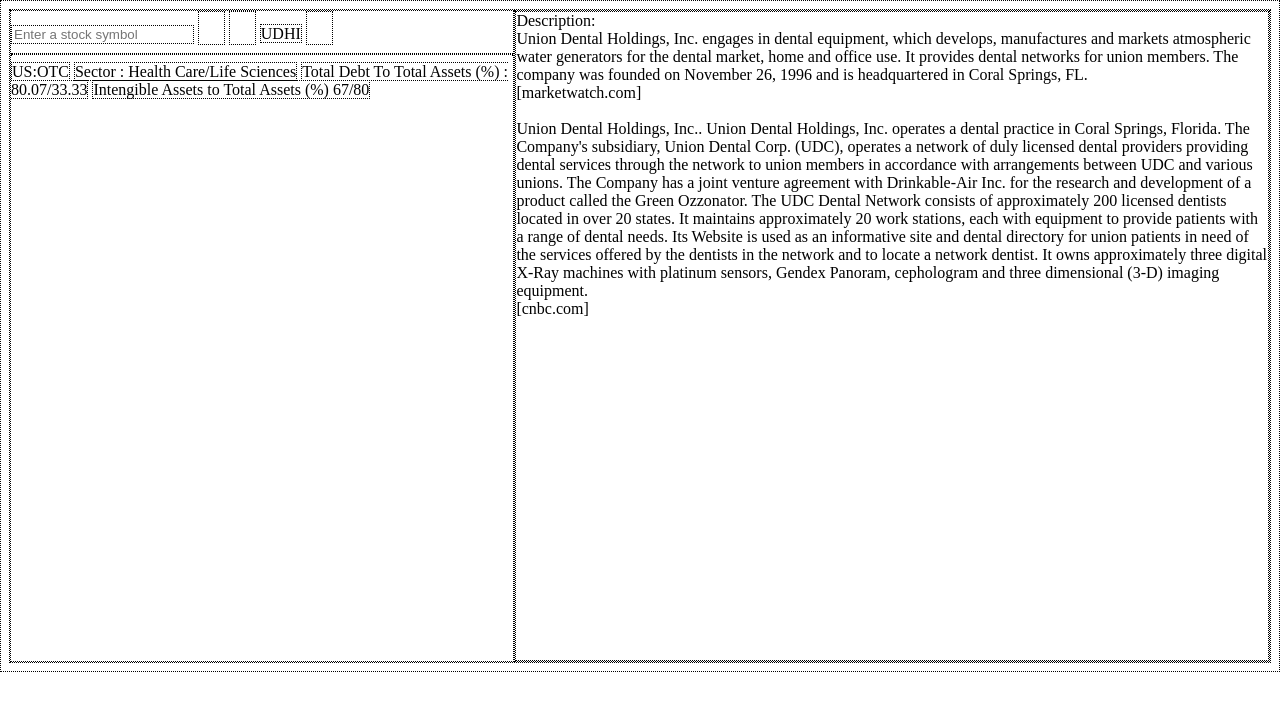
Repository: hadi4172/halal-stock-scanner
Page: popup.html
The author's editor kept a copy of each file at every save. The page is drawn from the files as they stood at one save, then again after the next save.
The browser window is 1280 px wide. The pictures show the whole page.

Above is the page before, as saved 2020-09-24 17:51:37.

After the next save:
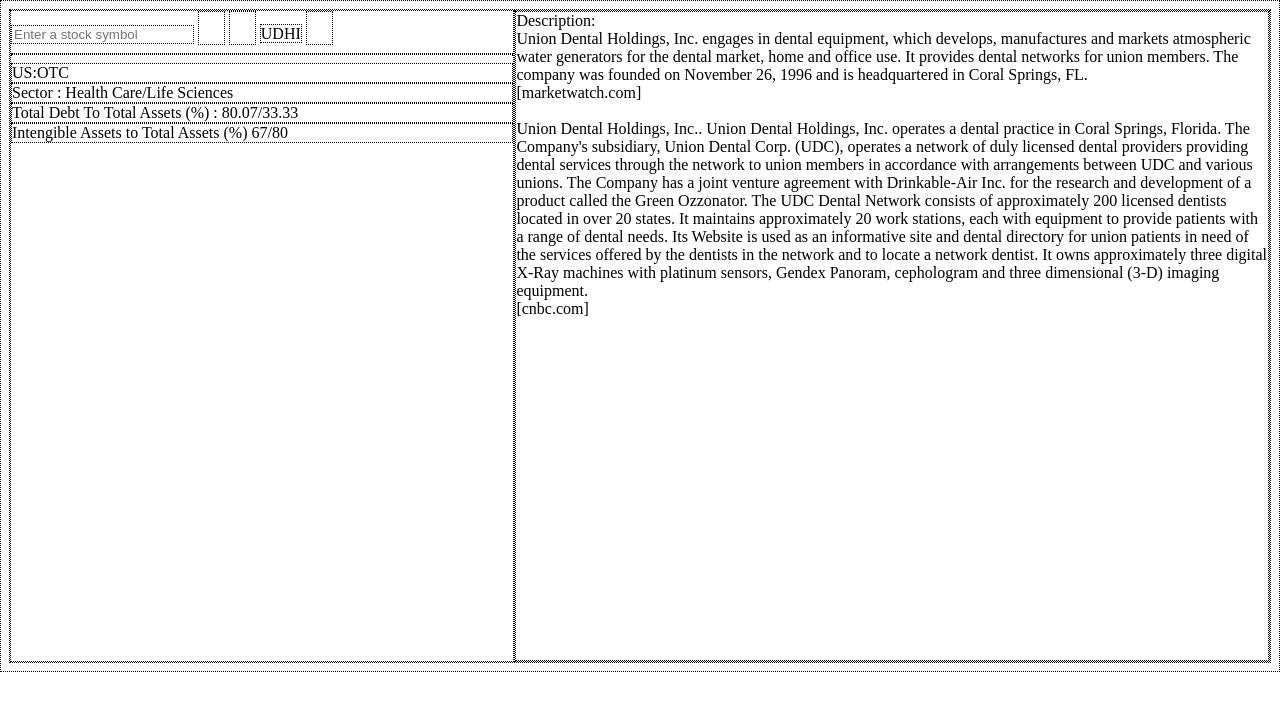
Saved 45 s later.
--- a/popup.html
+++ b/popup.html
@@ -17,10 +17,10 @@
         <span id=symbol>UDHI</span>
         <i id=icon-is-correct-or-no class="fa fa-trash fa-2x"></i>
         <hr>
-        <span id=market>US:OTC</span>
-        <span id=sector>Sector : Health Care/Life Sciences</span>
-        <span id=debt-to-assets>Total Debt To Total Assets (%) : 80.07/33.33</span>
-        <span id=intengible-assets-to-total-assets>Intengible Assets to Total Assets (%) 67/80 </span>
+        <div id=market>US:OTC</div>
+        <div id=sector>Sector : Health Care/Life Sciences</div>
+        <div id=debt-to-assets>Total Debt To Total Assets (%) : 80.07/33.33</div>
+        <div id=intengible-assets-to-total-assets>Intengible Assets to Total Assets (%) 67/80 </div>
     </div>
 
     <div id=right>
